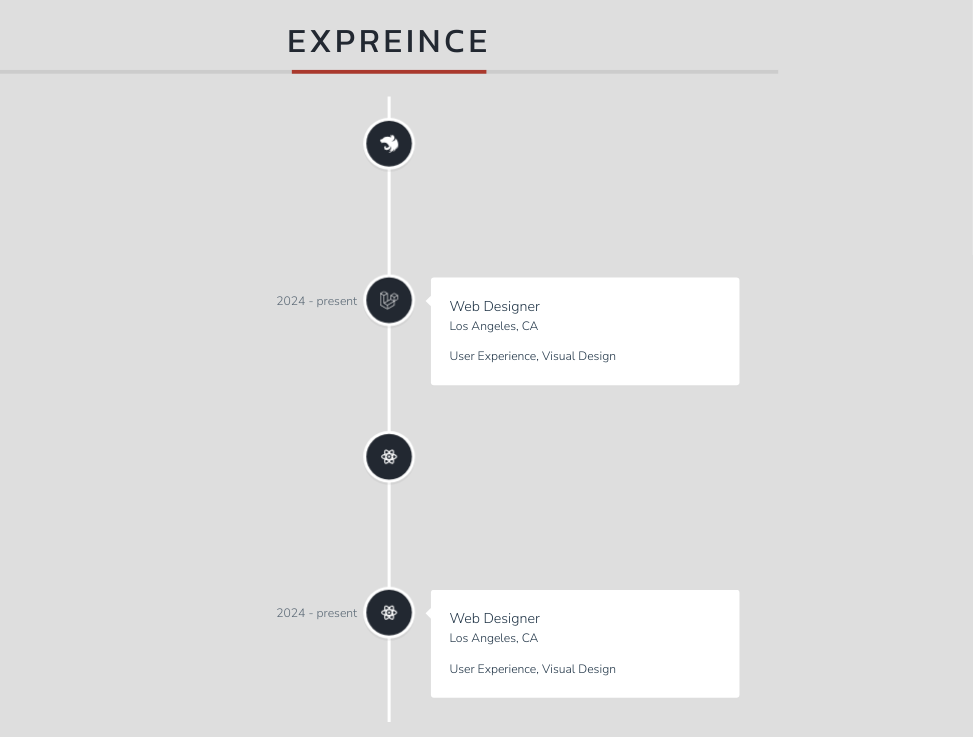
Repository: sellayspy/Portofolio
Page: /experince
These files come from the project's save history. The page is drawn as it stood at one moment and after the next save; the edit follows.
The browser window is 1280 px wide. The pictures show the whole page, at 76% of full size.
The project was rebuilt for these pictures with package versions that can differ from the ones it lists, and the page was loaded fresh each time. Also part of the build but not shown: vite.config.js, src/styles/About.css, src/components/About.jsx, src/styles/Footer.css, src/components/Footer.jsx, src/styles/Header.css, src/components/Header.jsx, src/styles/Navbar.css and 9 more.

Above is the page before, as saved 2024-09-13 22:23:16.

### index.html
<!DOCTYPE html>
<html lang="en">
  <head>
    <meta charset="UTF-8" />
    <link rel="icon" type="image/svg+xml" href="/vite.svg" />
    <meta name="viewport" content="width=device-width, initial-scale=1.0" />
    <title>Portofolio RikiFN</title>
  </head>
  <body>
    <div id="root"></div>
    <script type="module" src="/src/main.jsx"></script>
  </body>
</html>

### src/App.jsx
import "./App.css";
import Home from "./pages/Home";
import DetailPortfolio from "./pages/DetailPortfolio";

import { BrowserRouter, Routes, Route } from "react-router-dom";
import PagesNotFound from "./pages/PagesNotFound";
import Experience from "./pages/Experience";

const App = () => {
  return (
    <BrowserRouter>
      <Routes>
        <Route path="/" element={<Home />} />
        <Route path="/portfolio/:id" element={<DetailPortfolio />} />
        <Route path="/experince" element={<Experience />} />
        <Route path="/pages-not-found" element={<PagesNotFound />} />
        <Route path="*" element={<PagesNotFound />} />
      </Routes>
    </BrowserRouter>
  );
};

export default App;

### src/App.css
/* Global */
@import url("https://fonts.googleapis.com/css2?family=Nunito+Sans:opsz,wght@6..12,300&display=swap");
@import url("https://fonts.googleapis.com/css2?family=Kanit&display=swap");

html,
body {
  margin: 0px;
  padding: 0px;
  font-size: 16px;
  font-family: "Nunito Sans", sans-serif;
  scroll-behavior: smooth;
  background-color: #dedede;
}
.wrapper {
  width: 1024px;
  margin: auto;
  padding: 20px 0px 20px 0px;
}

section {
  padding: 50px 0px 50px 0px;
}

.wrapper > h3,
.wrapper > h1 {
  text-align: center;
  font-size: 2.8rem;
  margin: 0px 0px 30px 0px;
  padding: 0px;
  font-family: "Kanit", sans-serif;
  color: #222831;
  letter-spacing: 5px;
  text-transform: uppercase;
  border-bottom: 5px solid #cccccc;
}
.wrapper > h3::after,
.wrapper > h1::after {
  content: "";
  display: block;
  border-bottom: 5px solid #aa392d;
  width: 25%;
  position: relative;
  bottom: -5px; /* your padding + border-width */
  margin: auto;
}

@media only screen and (max-width: 1000px) {
  .wrapper {
    width: 80%;
  }
}

### src/pages/Experience.jsx
import {
  VerticalTimeline,
  VerticalTimelineElement,
} from "react-vertical-timeline-component";
import "react-vertical-timeline-component/style.min.css";
import { SiNestjs } from "react-icons/si";
import { FaLaravel } from "react-icons/fa";
import { RiReactjsLine } from "react-icons/ri";
import { RiNextjsFill } from "react-icons/ri";
const Experience = () => {
  return (
    <>
      <div className="wrapper">
        <h3>Expreince</h3>

        <VerticalTimeline>
          <VerticalTimelineElement
            className="vertical-timeline-element--work"
            date="2024 - present"
            iconStyle={{ background: "#222831", color: "#fff" }}
            icon={<SiNestjs />}
          >
            <h3 className="vertical-timeline-element-title">Web Designer</h3>
            <h4 className="vertical-timeline-element-subtitle">
              Los Angeles, CA
            </h4>
            <p>User Experience, Visual Design</p>
          </VerticalTimelineElement>
          <VerticalTimelineElement
            className="vertical-timeline-element--work"
            date="2024 - present"
            iconStyle={{ background: "#222831", color: "#fff" }}
            icon={<FaLaravel />}
          >
            <h3 className="vertical-timeline-element-title">Web Designer</h3>
            <h4 className="vertical-timeline-element-subtitle">
              Los Angeles, CA
            </h4>
            <p>User Experience, Visual Design</p>
          </VerticalTimelineElement>
          <VerticalTimelineElement
            className="vertical-timeline-element--work"
            date="2024 - present"
            iconStyle={{ background: "#222831", color: "#fff" }}
            icon={<RiReactjsLine />}
          >
            <h3 className="vertical-timeline-element-title">Web Designer</h3>
            <h4 className="vertical-timeline-element-subtitle">
              Los Angeles, CA
            </h4>
            <p>User Experience, Visual Design</p>
          </VerticalTimelineElement>
          <VerticalTimelineElement
            className="vertical-timeline-element--work"
            date="2024 - present"
            iconStyle={{ background: "#222831", color: "#fff" }}
            icon={<RiReactjsLine />}
          >
            <h3 className="vertical-timeline-element-title">Web Designer</h3>
            <h4 className="vertical-timeline-element-subtitle">
              Los Angeles, CA
            </h4>
            <p>User Experience, Visual Design</p>
          </VerticalTimelineElement>
        </VerticalTimeline>
      </div>
    </>
  );
};

export default Experience;

Loaded but not shown: src/main.jsx (common file); src/index.css (common file)

After the next save:
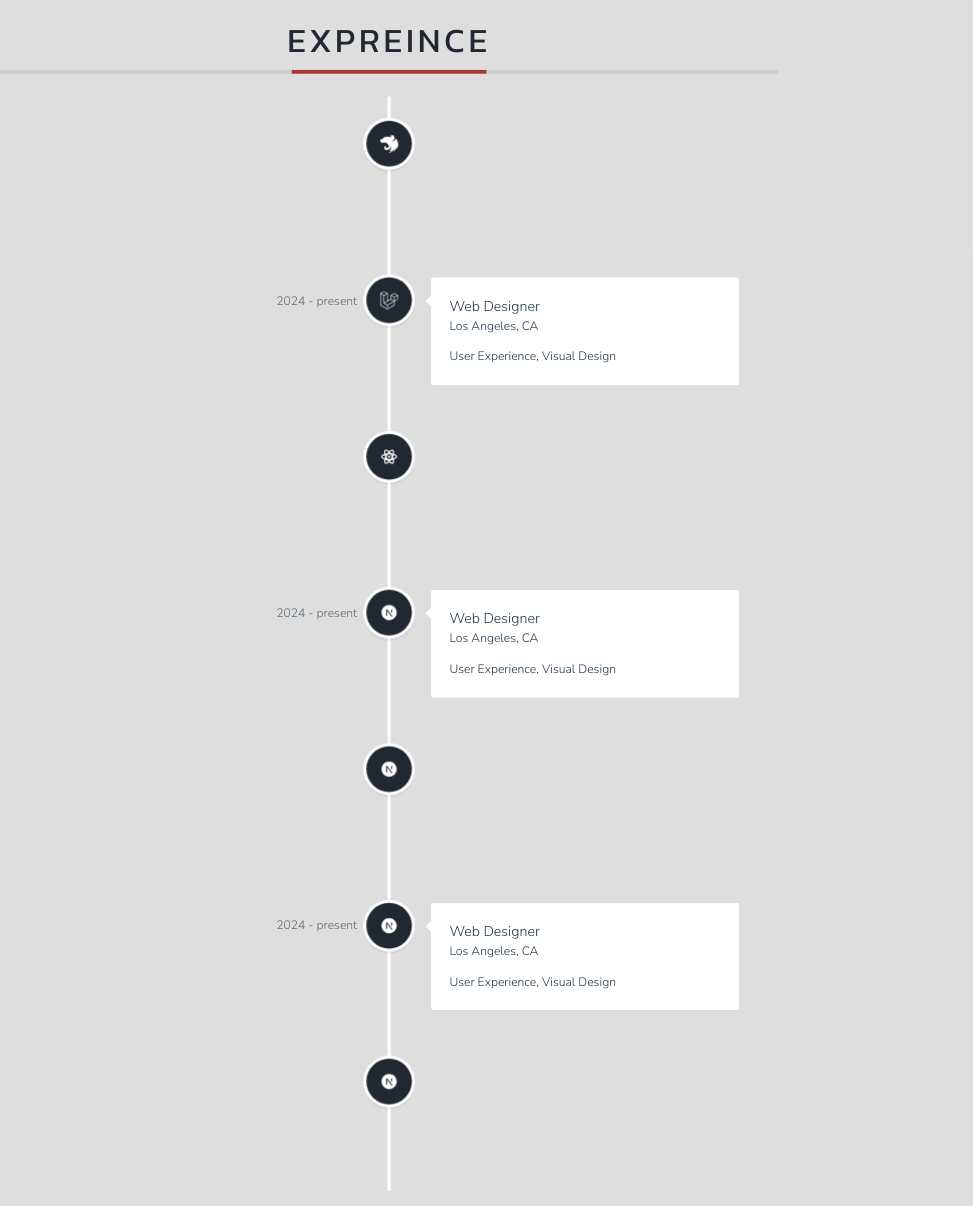
Saved 22 s later.
--- a/src/pages/Experience.jsx
+++ b/src/pages/Experience.jsx
@@ -54,7 +54,43 @@ const Experience = () => {
             className="vertical-timeline-element--work"
             date="2024 - present"
             iconStyle={{ background: "#222831", color: "#fff" }}
-            icon={<RiReactjsLine />}
+            icon={<RiNextjsFill />}
+          >
+            <h3 className="vertical-timeline-element-title">Web Designer</h3>
+            <h4 className="vertical-timeline-element-subtitle">
+              Los Angeles, CA
+            </h4>
+            <p>User Experience, Visual Design</p>
+          </VerticalTimelineElement>
+          <VerticalTimelineElement
+            className="vertical-timeline-element--work"
+            date="2024 - present"
+            iconStyle={{ background: "#222831", color: "#fff" }}
+            icon={<RiNextjsFill />}
+          >
+            <h3 className="vertical-timeline-element-title">Web Designer</h3>
+            <h4 className="vertical-timeline-element-subtitle">
+              Los Angeles, CA
+            </h4>
+            <p>User Experience, Visual Design</p>
+          </VerticalTimelineElement>
+          <VerticalTimelineElement
+            className="vertical-timeline-element--work"
+            date="2024 - present"
+            iconStyle={{ background: "#222831", color: "#fff" }}
+            icon={<RiNextjsFill />}
+          >
+            <h3 className="vertical-timeline-element-title">Web Designer</h3>
+            <h4 className="vertical-timeline-element-subtitle">
+              Los Angeles, CA
+            </h4>
+            <p>User Experience, Visual Design</p>
+          </VerticalTimelineElement>
+          <VerticalTimelineElement
+            className="vertical-timeline-element--work"
+            date="2024 - present"
+            iconStyle={{ background: "#222831", color: "#fff" }}
+            icon={<RiNextjsFill />}
           >
             <h3 className="vertical-timeline-element-title">Web Designer</h3>
             <h4 className="vertical-timeline-element-subtitle">
